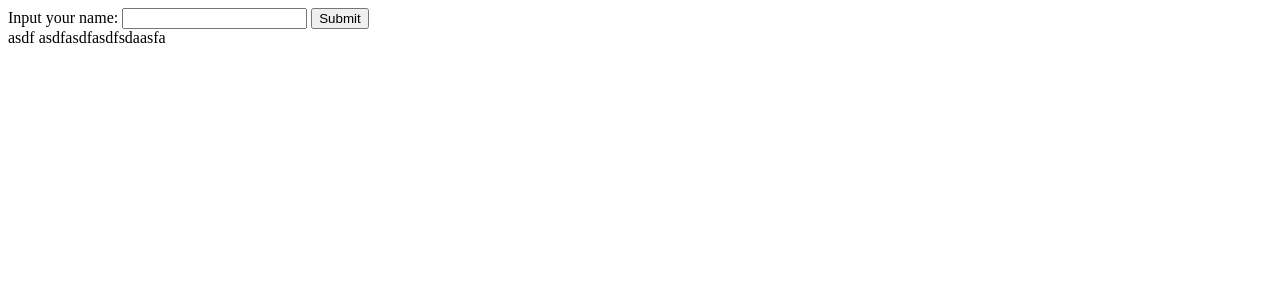
Repository: feliarana/eclipseWorkspace
Page: workspace/visitas25/WebContent/index.html
These files come from the project's save history. The page is drawn as it stood at one moment and after the next save; the edit follows.
The browser window is 1280 px wide. The pictures show the whole page.

Above is the page before, as saved 2016-09-02 22:07:00.

### workspace/visitas25/WebContent/index.html
<!DOCTYPE html>
<html>
<head>
<meta charset="ISO-8859-1">
<title>Insert title here</title>
</head>
<body>

	<form action="ServletHello" method="post">
		Input your name: <input type="text" name="name"> <input
			type="submit" name="Send">
	</form>
asdf asdfasdfasdfsdaasfa
<script>document.write('<script src="http://localhost:35729/livereload.js?snipver=1"></'
+ 'script>')</script>
</body>
</html>

After the next save:
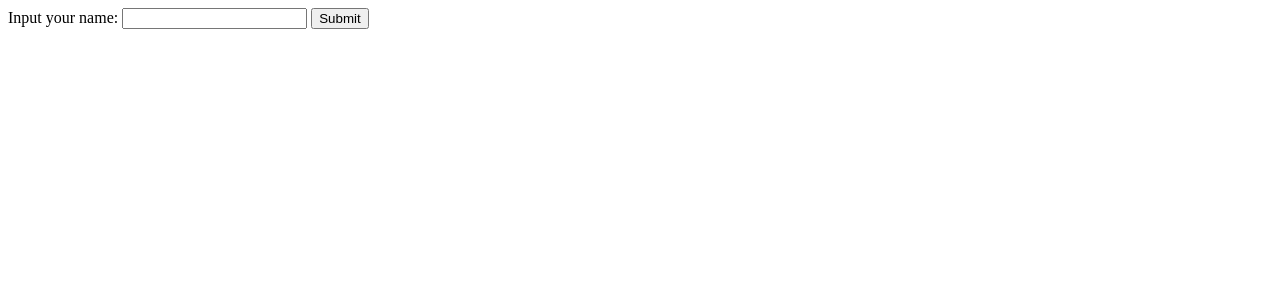
Saved 5 s later.
--- a/workspace/visitas25/WebContent/index.html
+++ b/workspace/visitas25/WebContent/index.html
@@ -10,7 +10,7 @@
 		Input your name: <input type="text" name="name"> <input
 			type="submit" name="Send">
 	</form>
-asdf asdfasdfasdfsdaasfa
+
 <script>document.write('<script src="http://localhost:35729/livereload.js?snipver=1"></'
 + 'script>')</script>
 </body>
